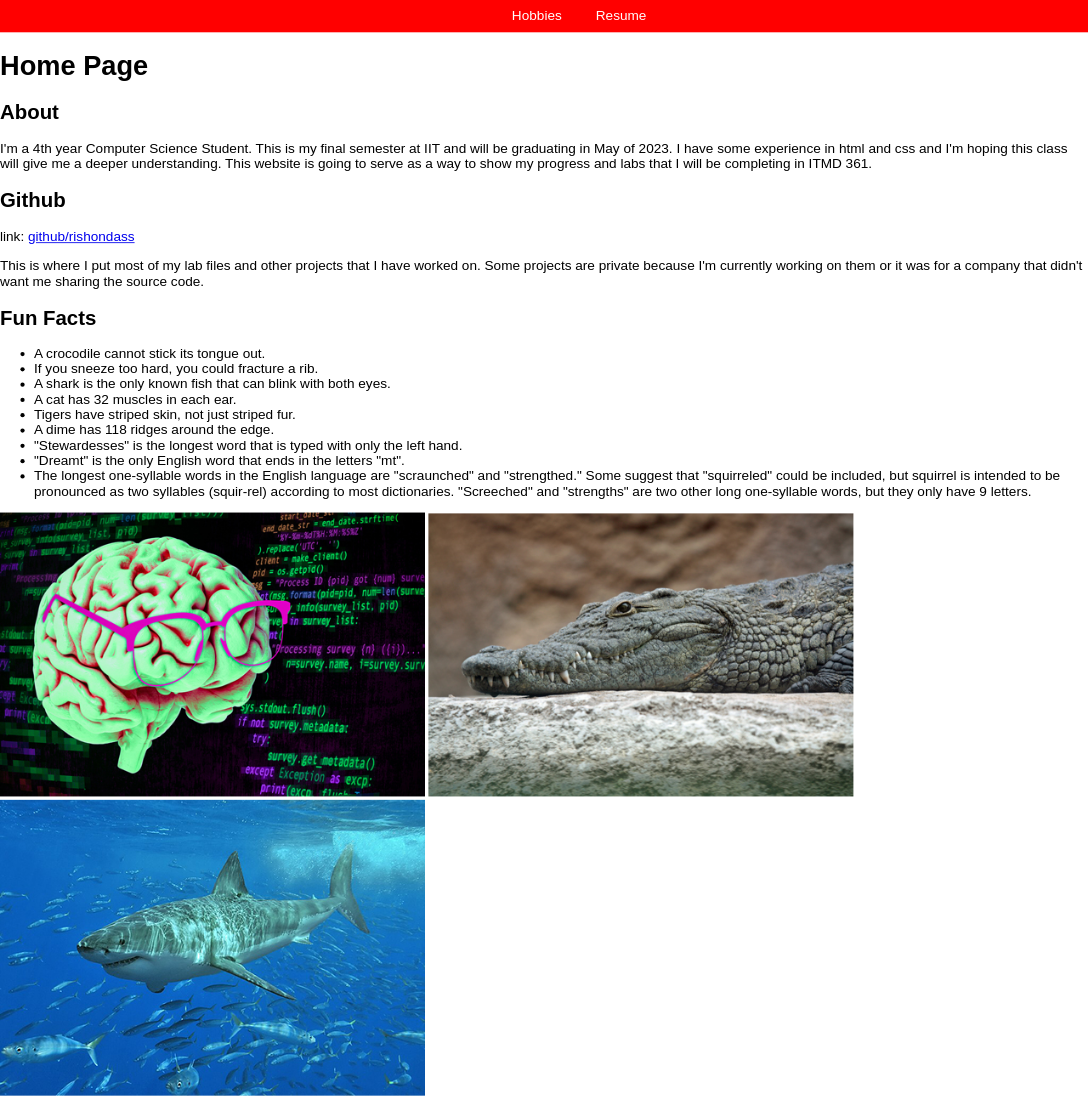
Repository: rishondass/ITMD361-Project2
Page: index.html
These files come from the project's save history. The page is drawn as it stood at one moment and after the next save; the edit follows.
The browser window is 1280 px wide. The pictures show the whole page, at 85% of full size.

Above is the page before, as saved 2023-03-07 21:19:05.

After the next save:
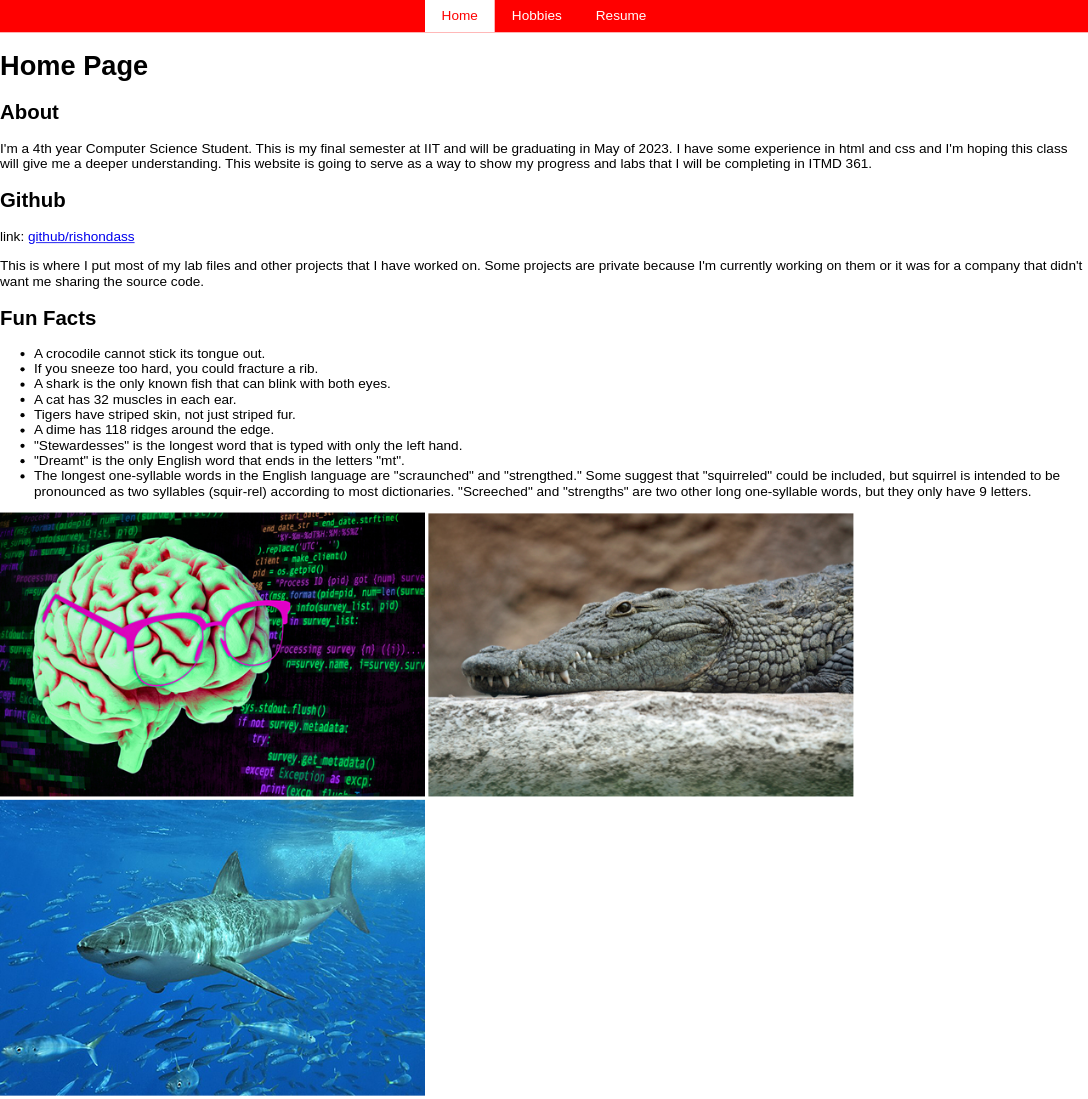
Saved 4 s later.
--- a/css/style.css
+++ b/css/style.css
@@ -20,7 +20,7 @@
 
 #onCurrentPage a{
     color: red;
-    back
+    background-color: white;
 
 }
 
